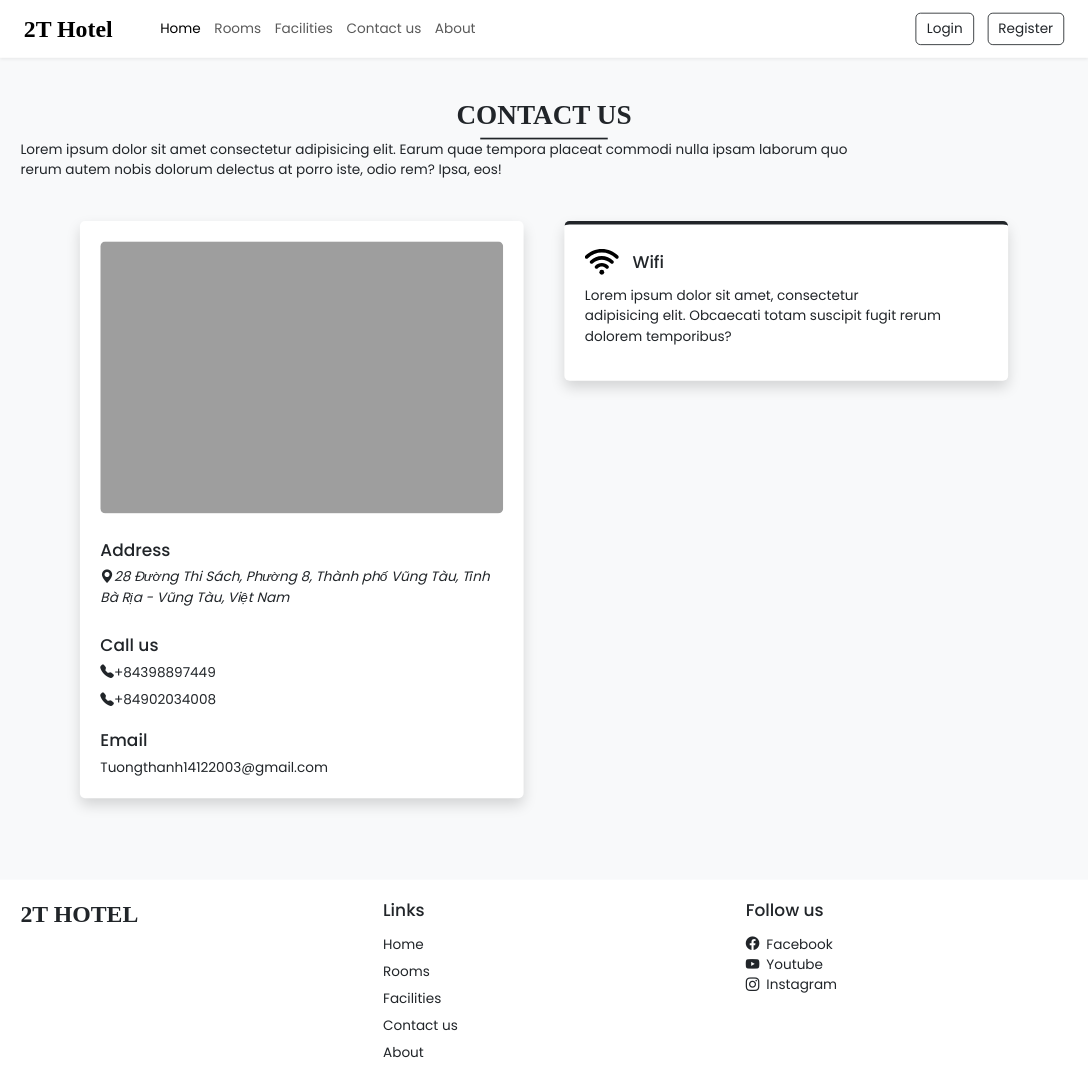
Repository: TaTongThanh2003/DoAnCoSo2024_BookingHotelWebsite
Page: http://localhost/WebsiteBookingHotel/contact.php
The author's editor kept a copy of each file at every save. The page is drawn from the files as they stood at one save, then again after the next save.
The browser window is 1280 px wide. The pictures show the whole page, at 85% of full size.
Pictures or frames that could not be fetched are drawn as grey boxes. Some web fonts or font styles are not loaded; a fallback is used. The page is run by PHP 8.4 with error messages shown; the project is at /var/www/html/.

Above is the page before, as saved 2024-03-22 14:40:34.

After the next save:
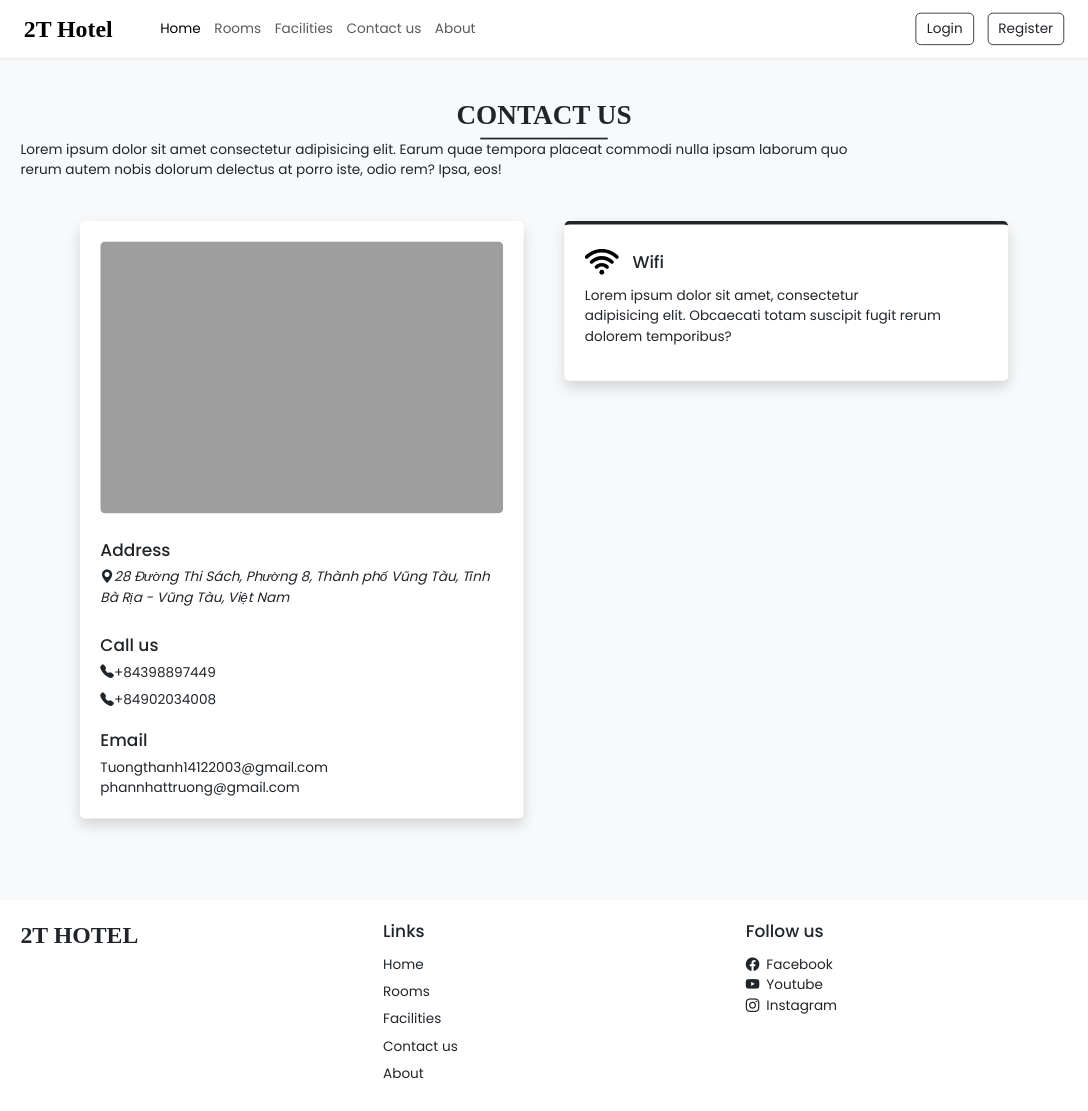
Saved 106 s later.
--- a/WebsiteBookingHotel/contact.php
+++ b/WebsiteBookingHotel/contact.php
@@ -59,6 +59,8 @@
                     <h5 class="mt-4">Email</h5>
                     <a href="Mail To: tuongthanh14122003@gmail.com "
                         class="d-inline-block text-decoration-none text-dark">Tuongthanh14122003@gmail.com</a>
+                    <a href="MailTo: phannhattruong@gmail.com "
+                        class="d-inline-block text-decoration-none text-dark">phannhattruong@gmail.com</a>
                 </div>
             </div>
             <div class="col-lg-6 col-md-6 mb-5 px-4">
